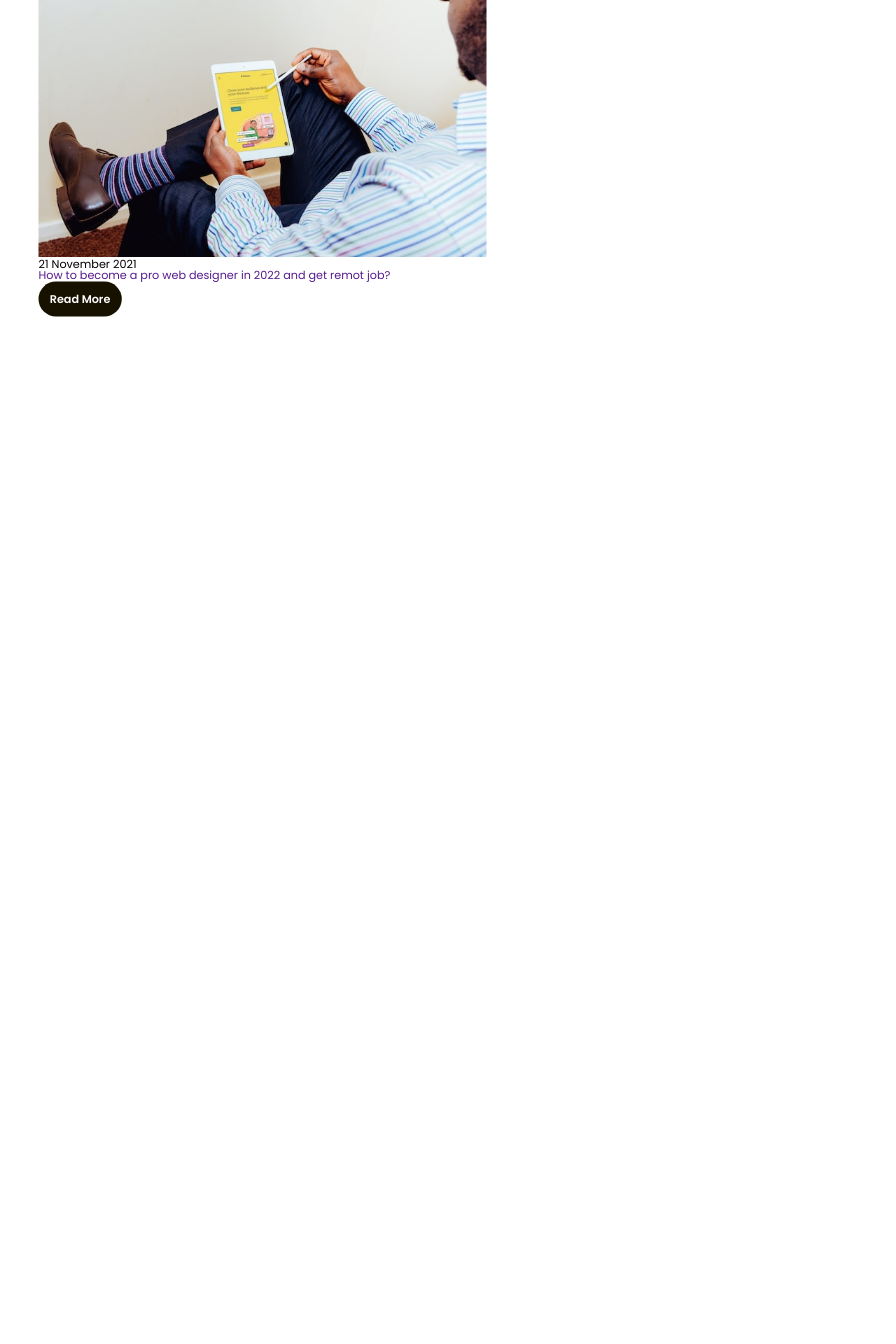
Repository: dovanlanh/f8-project-02
Page: index.html
These files come from the project's save history. The page is drawn as it stood at one moment and after the next save; the edit follows.
The browser window is 1280 px wide. The pictures show the part of the page from y = 3763 to 5683 px (the page is 10000 px tall), at 70% of full size.

Above is the page before, as saved 2023-02-10 10:37:36.

### index.html
<!DOCTYPE html>
<html lang="en">
<head>
    <meta charset="UTF-8">
    <meta http-equiv="X-UA-Compatible" content="IE=edge">
    <meta name="viewport" content="width=device-width, initial-scale=1.0">
    <title>F8 Project 02</title>
    <!-- reset css -->
    <link rel="stylesheet" href="./assets/css/reset.css">
    <!-- embed fonts -->
    <link rel="preconnect" href="https://fonts.googleapis.com">
    <link rel="preconnect" href="https://fonts.gstatic.com" crossorigin>
    <link href="https://fonts.googleapis.com/css2?family=Poppins:ital,wght@0,400;0,500;0,600;0,700;1,400&family=Sen:wght@700&display=swap" rel="stylesheet">
    <!-- style -->
    <link rel="stylesheet" href="./assets/css/styles.css">
</head>
<body>
    <main style=" height: 10000px">
        <!-- header  -->
        <header class="header fixed">
            <div class="main-content">
                    <div class="body">
                        <!-- logo -->
                        <img src="./assets/img/Lesson.svg" alt="Lesson" class="Logo">
                        <!-- nav -->
                        <nav class="nav">
                            <ul>
                                <li class="active">
                                    <a href="#!">Home</a>
                                </li>
                                <li>
                                    <a href="#!">Courses</a>
                                </li>
                                <li>
                                    <a href="#!">Pricing</a>
                                </li>
                                <li>
                                    <a href="#!">Reviews</a>
                                </li>
                            </ul>
                        </nav>
                        <!-- active -->
                        <div class="action">
                            <a href="#!" class="btn sign-up-btn">Sign Up</a>
                        </div>
                    </div>
            </div>
        </header>
        <!-- Hero -->
        <div class="hero">
            <div class="main-content">
                <div class="body">
                    <!-- Hero left -->
                    <div class="media-block">
                        <img src="./assets/img/guy-lesson.svg" alt="" class="img">
                        <div class="hero-summary">
                            <div class="item">
                                <div class="icon">
                                    <img src="./assets/img/list-icon1.svg" alt="">
                                </div>
                                <div class="info">
                                    <p class="label">20 Courses</p>
                                    <p class="tittle">UI/UX Design</p>
                                </div>
                            </div>
                            <div class="item">
                                <div class="icon">
                                    <img src="./assets/img/list-icon2.svg" alt="">
                                </div>
                                <div class="info">
                                    <p class="label">20 Courses</p>
                                    <p class="tittle">Development</p>
                                </div>
                            </div>
                            <div class="item">
                                <div class="icon">
                                    <img src="./assets/img/list-icon3.svg" alt="">
                                </div>
                                <div class="info">
                                    <p class="label">30 Courses</p>
                                    <p class="tittle">Marketing</p>
                                </div>
                            </div>
                        </div>
                    </div>
                    <!-- hero-right -->
                    <div class="content-block">
                        <h1 class="heading lv1">Learn without limits and spread knowledge.</h1>
                        <p class="desc">
                            Build new skills for that “this is my year” feeling with courses, certificates, and degrees from world-class universities and companies.
                        </p>
                            <div class="cta-group">
                                <a href="#!" class="btn hero-cta">See Courses</a>
                                <button class="watch-video">
                                    <div class="icon">
                                        <img src="./assets/img/icon-watch-video.svg" alt="">
                                    </div>
                                    <span>Watch Video</span>
                                </button>
                            </div>
                        <p class="desc">Recent engagement</p>
                        <div class="desc stats">
                            <strong>50K</strong>Students
                            <strong>70+</strong>Courses
                        </div>
                    </div>
                </div>
            </div>
        </div>
        <!-- Popular -->
        <div class="popular">
            <div class="main-content">
                <!-- popular top -->
                <div class="popular-top">
                    <div class="info">
                        <h2 class="heading lv2">Our popular courses</h2>
                        <p class="desc">Build new skills with new trendy courses and shine for the next future career.</p>
                    </div>
                    <div class="controls">
                        <button class="control-btn">
                            <svg width="8" height="14" viewBox="0 0 8 14" fill="none" xmlns="http://www.w3.org/2000/svg">
                                <path d="M7 1L1 7L7 13" stroke="currentColor" stroke-linecap="round" stroke-linejoin="round"/>
                            </svg>
                        </button>
                        <button class="control-btn">
                            <svg width="8" height="14" viewBox="0 0 8 14" fill="none" xmlns="http://www.w3.org/2000/svg">
                                <path d="M1 1L7 7L1 13" stroke="currentColor" stroke-linecap="round" stroke-linejoin="round"/>
                            </svg>
                        </button>
                    </div>
                </div>
                <!-- popular-bottom -->
                <div class="course-list">
                    <!-- course item 1 -->
                    <div class="course-item">
                        <img src="./assets/img/img-popular/course1.jpg" alt="Basic web design" class="thumb">
                        <div class="info">
                            <div class="head">
                                <h3 class="tittle line-clamp break-all">Basic web design</h3>
                                <div class="rating">
                                    <img src="./assets/img/Star.svg" alt="star" class="star">
                                    <span class="value">4.5</span>
                                </div>
                            </div>
                            <p class="desc-course line-clamp line-2 break-all">Get the best course, gain knowledge and shine for your future career.</p>
                            <div class="foot">
                                <span class="price">$120.75</span>
                                <button class="btn">Book Now</button>
                            </div>
                        </div>
                    </div>
                    <!-- course item 2 -->
                    <div class="course-item">
                        <img src="./assets/img/img-popular/course2.jpg" alt="UI/UX design" class="thumb">
                        <div class="info">
                            <div class="head">
                                <h3 class="tittle line-clamp break-all">UI/UX design</h3>
                                <div class="rating">
                                    <img src="./assets/img/Star.svg" alt="star" class="star">
                                    <span class="value">4.5</span>
                                </div>
                            </div>
                            <p class="desc-course line-clamp line-2 break-all">Get the best course, gain knowledge and shine for your future career.</p>
                            <div class="foot">
                                <span class="price">$120.75</span>
                                <button class="btn">Book Now</button>
                            </div>
                        </div>
                    </div>
                    <!-- course item 3 -->
                    <div class="course-item">
                        <img src="./assets/img/img-popular/course3.jpg" alt="Web App design" class="thumb">
                        <div class="info">
                            <div class="head">
                                <h3 class="tittle line-clamp break-all">Web App design</h3>
                                <div class="rating">
                                    <img src="./assets/img/Star.svg" alt="star" class="star">
                                    <span class="value">4.5</span>
                                </div>
                            </div>
                            <p class="desc-course line-clamp line-2 break-all">Get the best course, gain knowledge and shine for your future career.</p>
                            <div class="foot">
                                <span class="price">$120.75</span>
                                <button class="btn">Book Now</button>
                            </div>
                        </div>
                    </div>
                </div>
            </div>
        </div>
        <!-- feedback -->
        <div class="feedback">
            <div class="main-content">
                <div class="feedback-list">
                    <!-- item 1 -->
                    <div class="feedback-item">
                        <!-- fdb-left -->
                        <div class="info">
                            <img src="./assets/img/img-quotes.jpg" alt="Peter Moor" class="feedback-avt">
                            <p class="tittle-fdb">Peter Moor</p>
                            <p class="desc-fdb">Student of Web Design</p>
                            <div class="dots">
                                <span class="dot active"></span>
                                <span class="dot"></span>
                                <span class="dot"></span>
                            </div>
                        </div>
                        <!-- fdb-right -->
                        <div class="content-fdb">
                            <img src="./assets/img/open-quotes.svg" alt="open quotes" class="open-quotes">
                            <blockquote>
                                Not only does my resume look impressive—filled with the names and logos of world-class institutions—but these certificates also bring me closer to my career goals by validating the skills I've learned."
                            </blockquote>
                        </div>
                    </div>
                    <!-- item 2 -->
                    <div class="feedback-item">
                        <!-- fdb-left -->
                        <div class="info">
                            <img src="./assets/img/img-quotes.jpg" alt="Peter Moor" class="feedback-avt">
                            <p class="tittle-fdb">Bill Gate</p>
                            <p class="desc-fdb">Student of Web Design</p>
                            <div class="dots">
                                <span class="dot"></span>
                                <span class="dot active"></span>
                                <span class="dot"></span>
                            </div>
                        </div>
                        <!-- fdb-right -->
                        <div class="content-fdb">
                            <img src="./assets/img/open-quotes.svg" alt="open quotes" class="open-quotes">
                            <blockquote>
                                Not only does my resume look impressive—filled with the names and logos of world-class institutions—but these certificates also bring me closer to my career goals by validating the skills I've learned."
                            </blockquote>
                        </div>
                    </div>
                    <!-- item 3 -->
                    <div class="feedback-item">
                        <!-- fdb-left -->
                        <div class="info">
                            <img src="./assets/img/img-quotes.jpg" alt="Peter Moor" class="feedback-avt">
                            <p class="tittle-fdb">Elon Musk</p>
                            <p class="desc-fdb">Student of Web Design</p>
                            <div class="dots">
                                <span class="dot"></span>
                                <span class="dot"></span>
                                <span class="dot active"></span>
                            </div>
                        </div>
                        <!-- fdb-right -->
                        <div class="content-fdb">
                            <img src="./assets/img/open-quotes.svg" alt="open quotes" class="open-quotes">
                            <blockquote>
                                Not only does my resume look impressive—filled with the names and logos of world-class institutions—but these certificates also bring me closer to my career goals by validating the skills I've learned."
                            </blockquote>
                        </div>
                    </div>
                </div>
            </div>
        </div>
        <!-- Features 1-->
        <div class="features">
            <div class="main-content">
                <!-- feature-1 -->
                <div class="body">
                    <div class="imges">
                        <img src="./assets/img/feature-1.jpg" alt="Learner outcomes through our awesome platform">
                        <img src="./assets/img/feature-2.jpg" alt="Learner outcomes through our awesome platform">
                    </div>
                    <div class="content">
                        <h2 class="feature-heading">Learner outcomes through our awesome platform</h2>
                        <p class="feature-desc">87% of people learning for professional development report career benefits like getting a promotion, a raise, or starting a new career.</p>
                        <p class="feature-desc">Lesson Impact Report (2022)</p>
                        <a class="btn cta-btn" href="#!">Sign Up</a>
                    </div>
                </div>
            </div>
        </div>
        <!-- Features 2-->
        <div class="features features-2nd">
            <div class="main-content">
                <!-- feature-1 -->
                <div class="body">
                    <div class="imges">
                        <img src="./assets/img/feature-3.jpg" alt="Take the next step toward your personal and professional goals with Lesson.">
                    </div>
                    <div class="content">
                        <h2 class="feature-heading">Learner outcomes through our awesome platform</h2>
                        <p class="feature-desc">Take the next step toward. Join now to receive personalized  and more recommendations from the full Coursera catalog.</p>
                        <a class="btn cta-btn" href="#!">Join Now</a>
                    </div>
                </div>
            </div>
        </div>
        <!-- Blog -->
        <div class="blog">
            <div class="main-content">
                <div class="blog-top">
                    <h2 class="heading">Our blog</h2>
                    <p class="blog__desc">Read our regular travel blog and know the latest update of tour and travel</p>
                </div>
                <div class="blog-list">
                    <div class="blog-item">
                        <img src="./assets/img/blog-1.jpg" alt="How to become a pro web designer in 2022 and get remot job?" class="thumb">
                        <div class="blog-info">
                            <span class="date">21 November 2021</span>
                            <h3 class="blog__tittle">
                                <a href="">How to become a pro web designer in 2022 and get remot job?</a>
                            </h3>
                                <a class="btn" href="#!">Read More</a>
                        </div>
                    </div>
                </div>
            </div>
        </div>
    </main>
</body>
</html>

Loaded but not shown: assets/css/reset.css (common file); assets/css/styles.css (503 lines, source omitted)

After the next save:
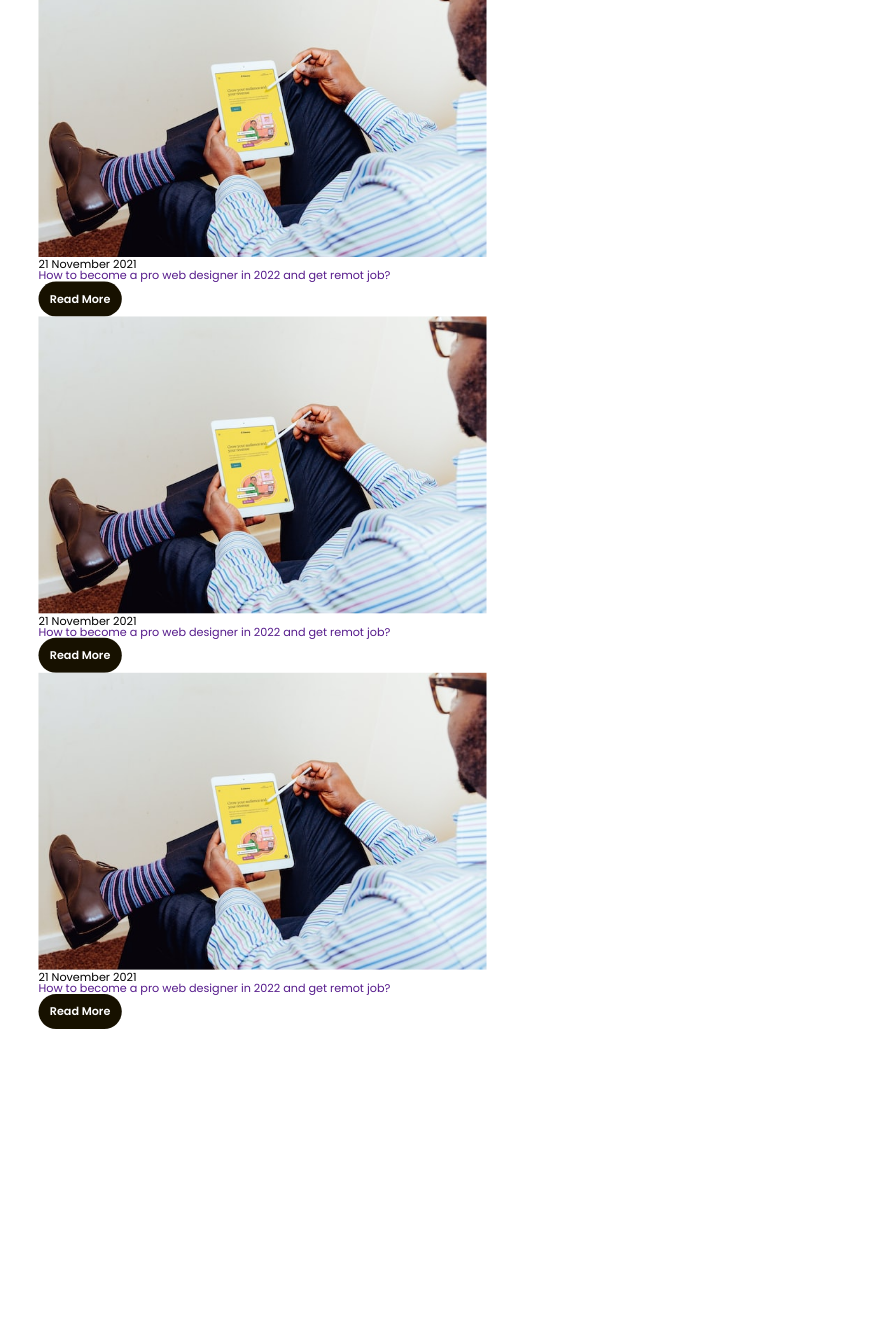
Saved 46 s later.
--- a/index.html
+++ b/index.html
@@ -300,6 +300,7 @@
                     <p class="blog__desc">Read our regular travel blog and know the latest update of tour and travel</p>
                 </div>
                 <div class="blog-list">
+                    <!-- item-1 -->
                     <div class="blog-item">
                         <img src="./assets/img/blog-1.jpg" alt="How to become a pro web designer in 2022 and get remot job?" class="thumb">
                         <div class="blog-info">
@@ -310,6 +311,28 @@
                                 <a class="btn" href="#!">Read More</a>
                         </div>
                     </div>
+                    <!-- item-2 -->
+                    <div class="blog-item">
+                        <img src="./assets/img/blog-1.jpg" alt="How to become a pro web designer in 2022 and get remot job?" class="thumb">
+                        <div class="blog-info">
+                            <span class="date">21 November 2021</span>
+                            <h3 class="blog__tittle">
+                                <a href="">How to become a pro web designer in 2022 and get remot job?</a>
+                            </h3>
+                                <a class="btn" href="#!">Read More</a>
+                        </div>
+                    </div>
+                    <!-- item-3 -->
+                    <div class="blog-item">
+                        <img src="./assets/img/blog-1.jpg" alt="How to become a pro web designer in 2022 and get remot job?" class="thumb">
+                        <div class="blog-info">
+                            <span class="date">21 November 2021</span>
+                            <h3 class="blog__tittle">
+                                <a href="">How to become a pro web designer in 2022 and get remot job?</a>
+                            </h3>
+                                <a class="btn" href="#!">Read More</a>
+                        </div>
+                    </div>
                 </div>
             </div>
         </div>
